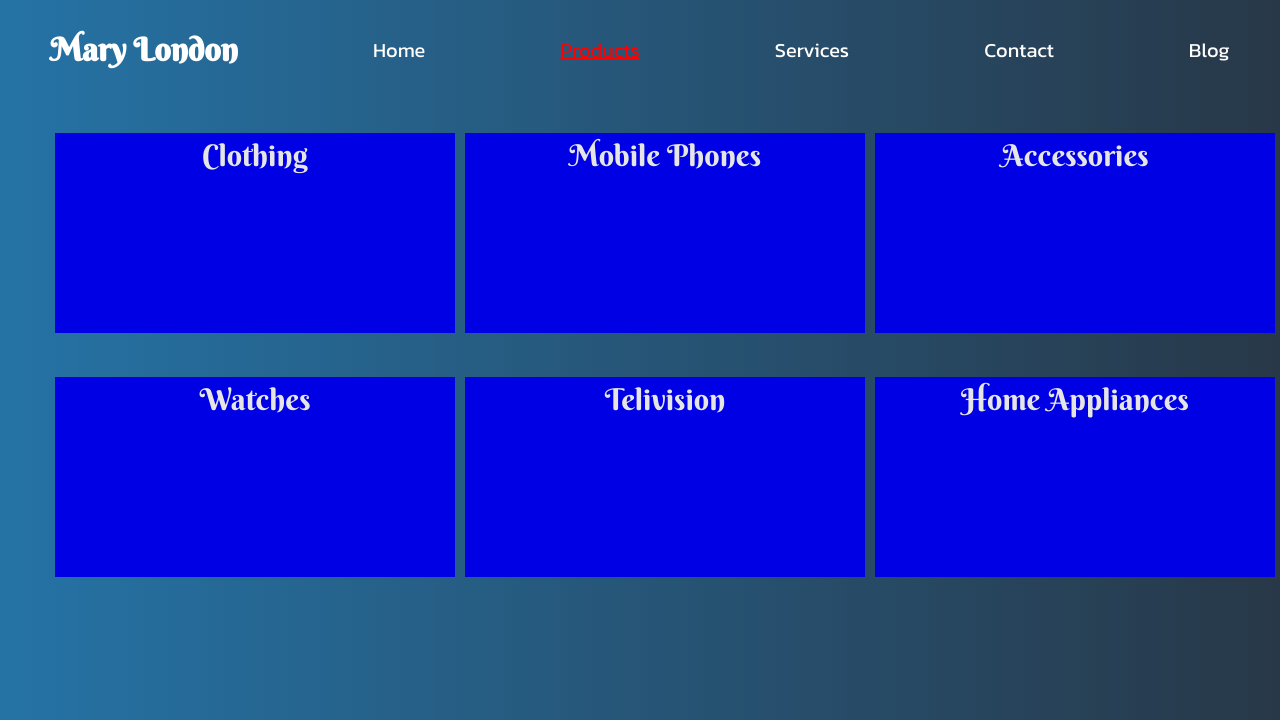
Repository: Habeebur1493/test2
Page: /products
The author's editor kept a copy of each file at every save. The page is drawn from the files as they stood at one save, then again after the next save.
The browser window is 1280 px wide. The pictures show the whole page.
The project was rebuilt for these pictures with package versions that can differ from the ones it lists, and the page was loaded fresh each time. Also part of the build but not shown: vite.config.js, src/Frontend/Loader/loaderstyle.css, src/Frontend/Firstpage/Home.jsx, src/Frontend/Firstpage/Services.jsx, src/Frontend/Firstpage/Contact.jsx, src/Frontend/Firstpage/Blog.jsx, src/Frontend/Firstpage/ClothingDetails.jsx.

Above is the page before, as saved 2024-12-27 01:14:37.

After the next save:
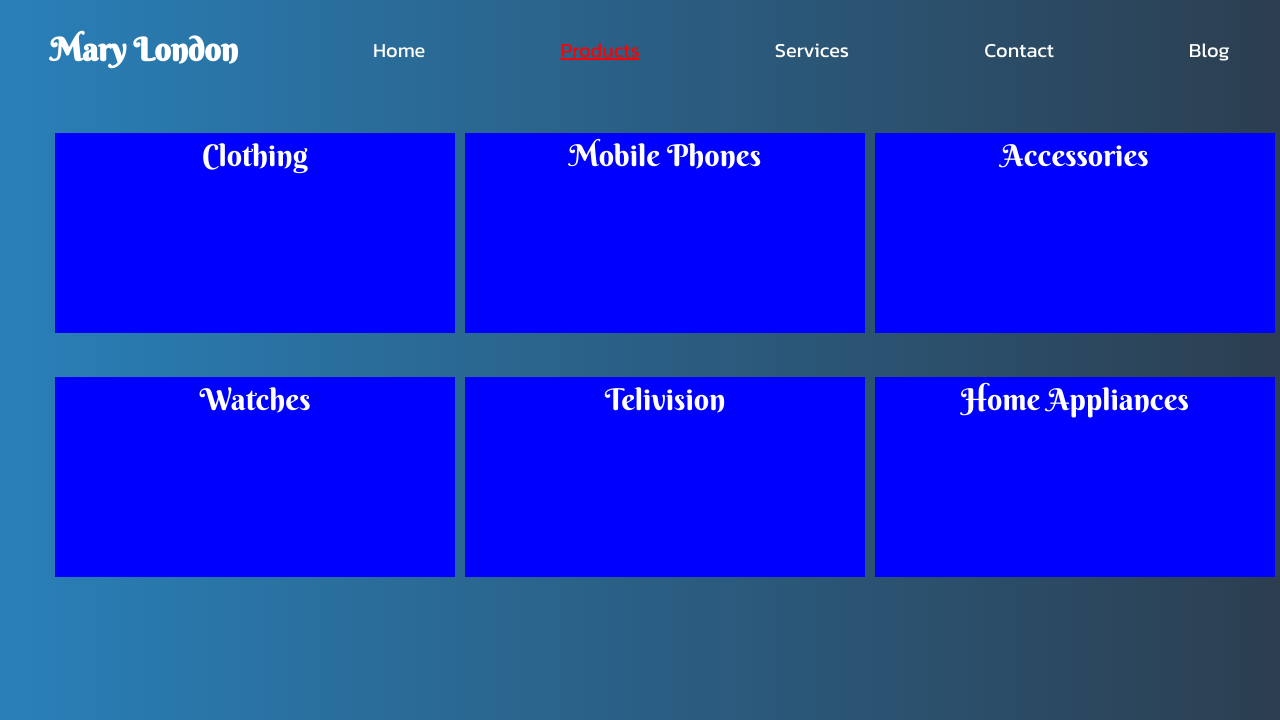
Saved 39 s later.
--- a/src/Frontend/Firstpage/page1.css
+++ b/src/Frontend/Firstpage/page1.css
@@ -32,7 +32,7 @@ nav{
 
 
 .overlay{
-    background-color: rgba(0, 0, 0, 0.1);
+    background-color: rgba(0, 0, 0, 0);
     position: absolute;
     top: 0;
     left: 0;
